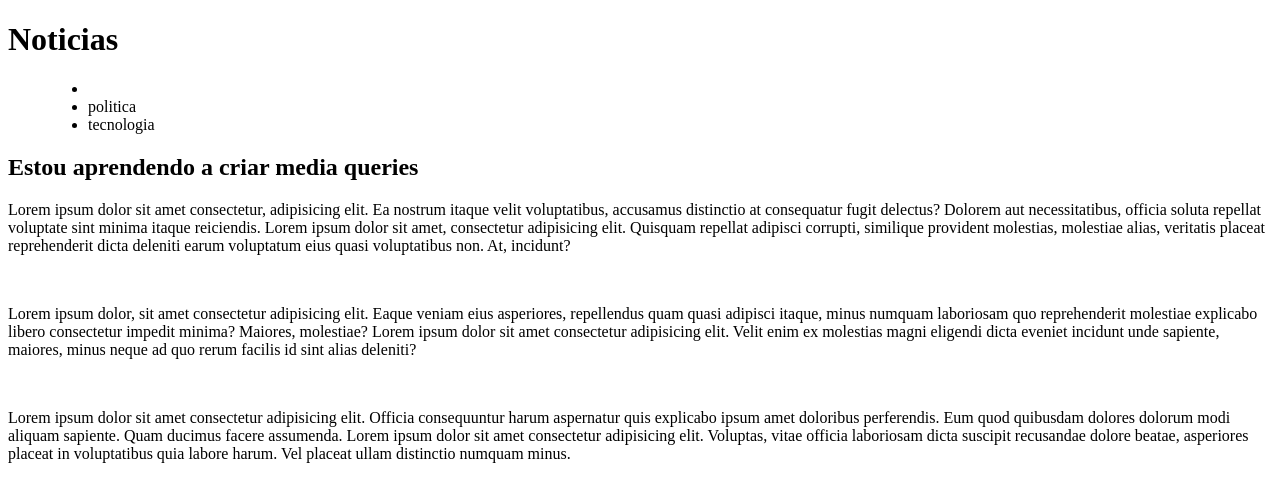
Repository: Lucianorodriguesdev/cursoHTML-CSS
Page: ex026/mq001/index.html
These files come from the project's save history. The page is drawn as it stood at one moment and after the next save; the edit follows.
The browser window is 1280 px wide. The pictures show the whole page.

Above is the page before, as saved 2026-07-13 17:05:08.

After the next save:
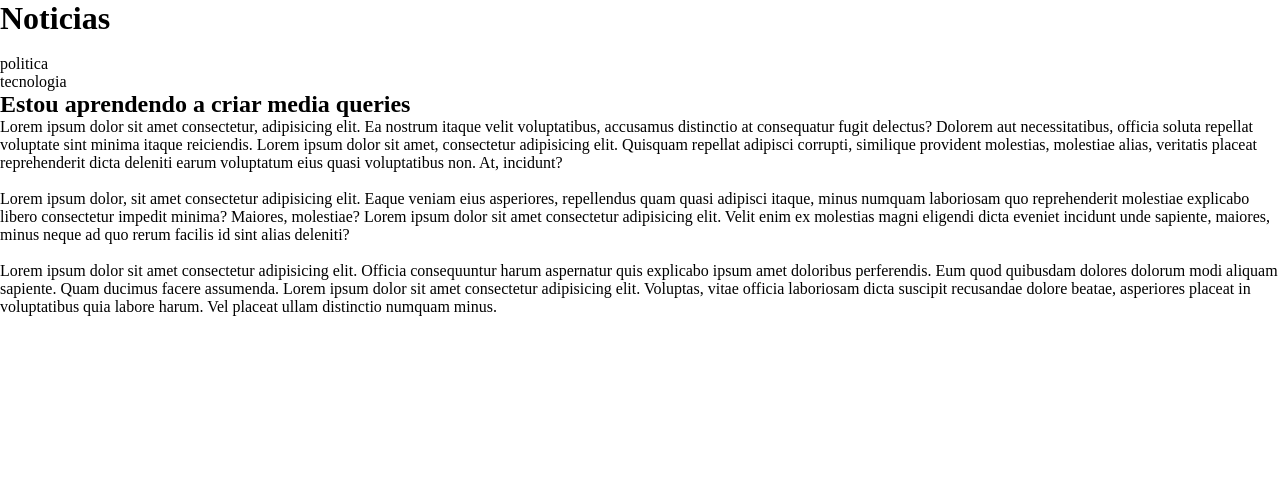
Saved 77 s later.
--- a/ex026/mq001/estilo/tela.css
+++ b/ex026/mq001/estilo/tela.css
@@ -1,3 +1,7 @@
 @charset "UTF-8";
 
 /* Estilo para telas */
+*{
+    margin: 0px;
+    padding: 0px;
+}
